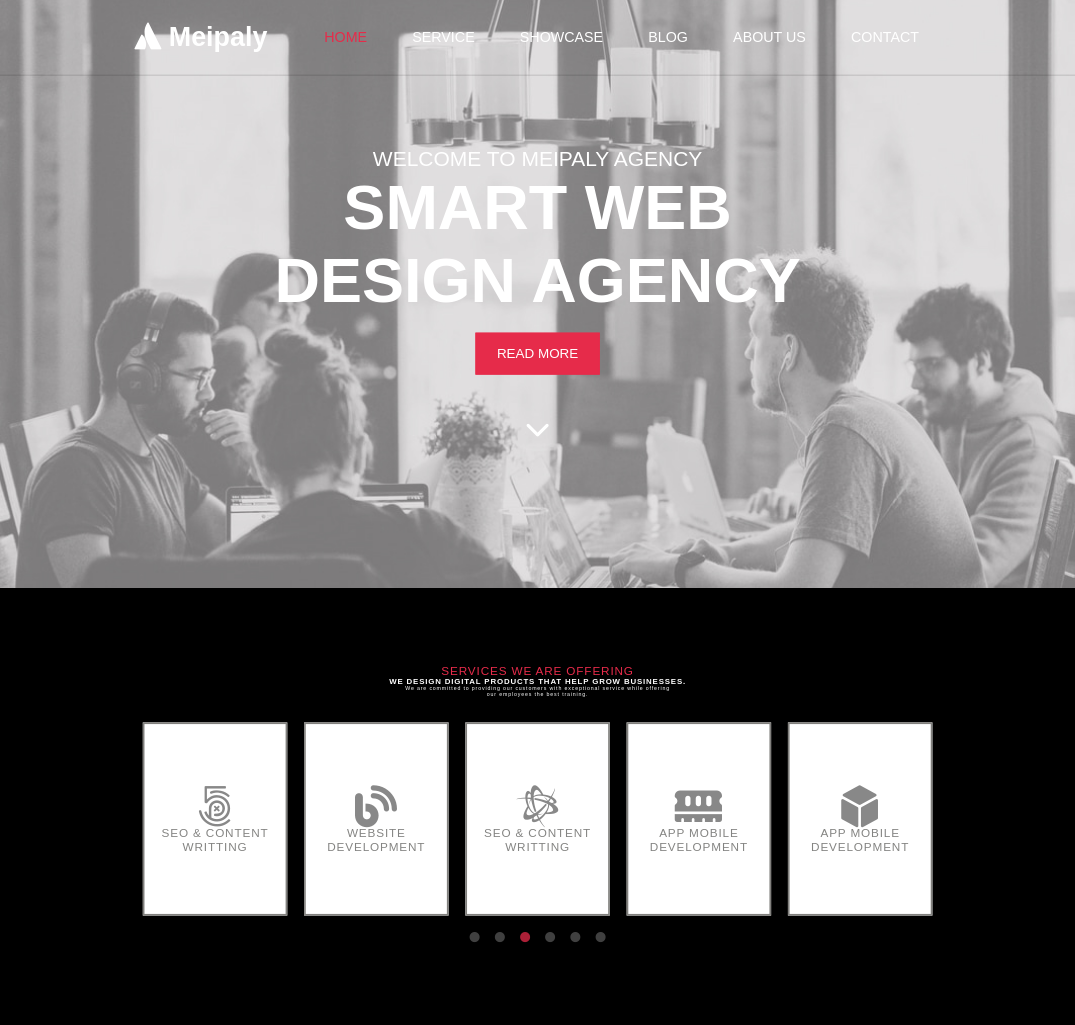
Repository: tudo1611/BC44_HTML5-CSS3_B6_MAIPALY_DO-TRUNG-TU
Page: index.html
The author's editor kept a copy of each file at every save. The page is drawn from the files as they stood at one save, then again after a run of saves.
The browser window is 1280 px wide. The pictures show the whole page, at 84% of full size.
Some web fonts or font styles are not loaded; a fallback is used.

Above is the page before, as saved 2023-01-26 21:53:21.

After the next 4 saves:
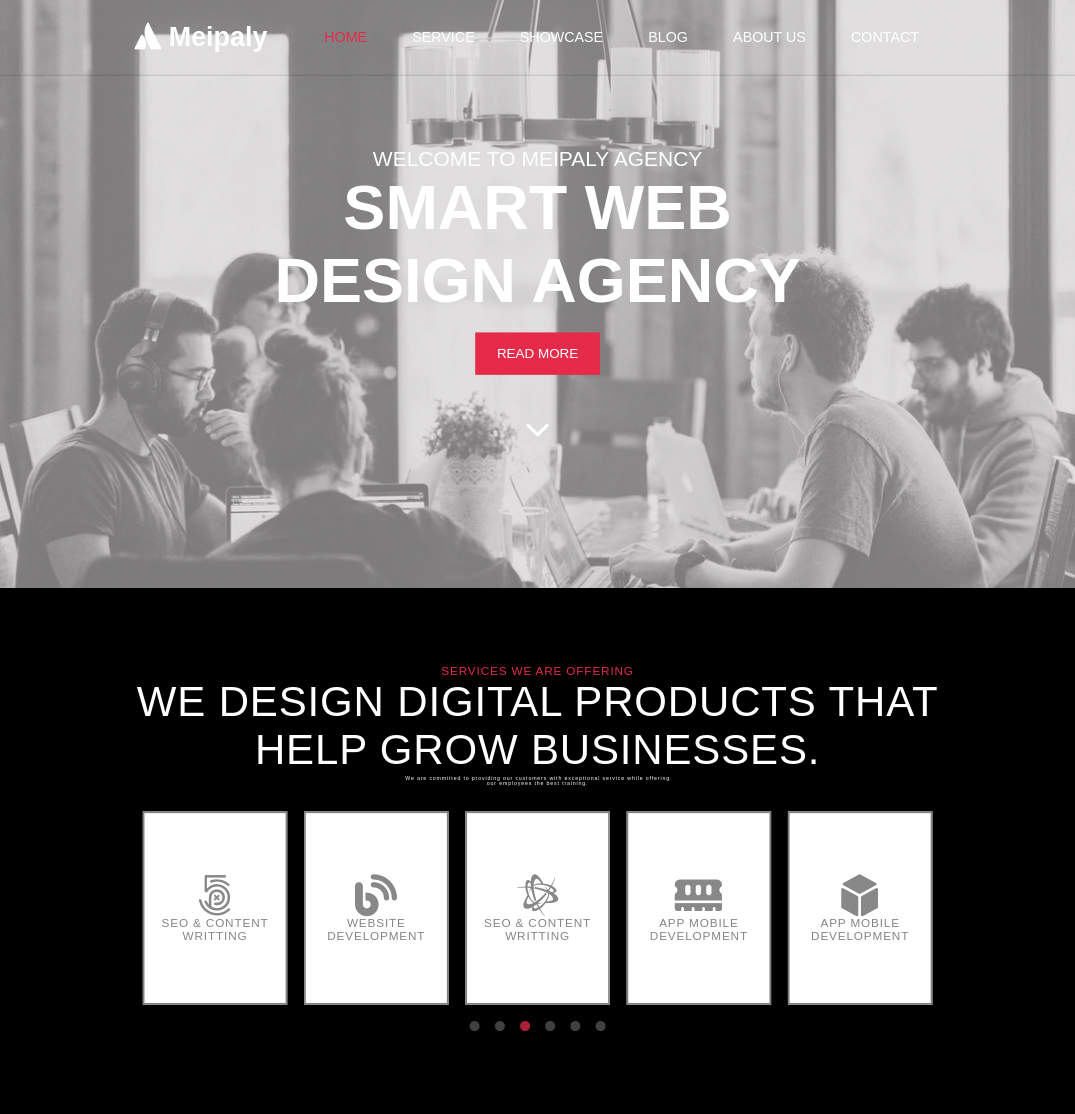
The 4 saves are shown as one change because they came seconds apart.
The last was saved 13 s later.
--- a/css/style.css
+++ b/css/style.css
@@ -98,12 +98,12 @@ header {
 .title {
   text-align: center;
 }
-.title p:first-of-type {
+.service .title p:first-of-type {
   font-size: 1.4rem;
   color: #e62b4a;
   font-weight: 300;
 }
-.service__title h2 {
+.service .title h2 {
   font-size: 5rem;
   color: #fff;
   font-weight: 400;
